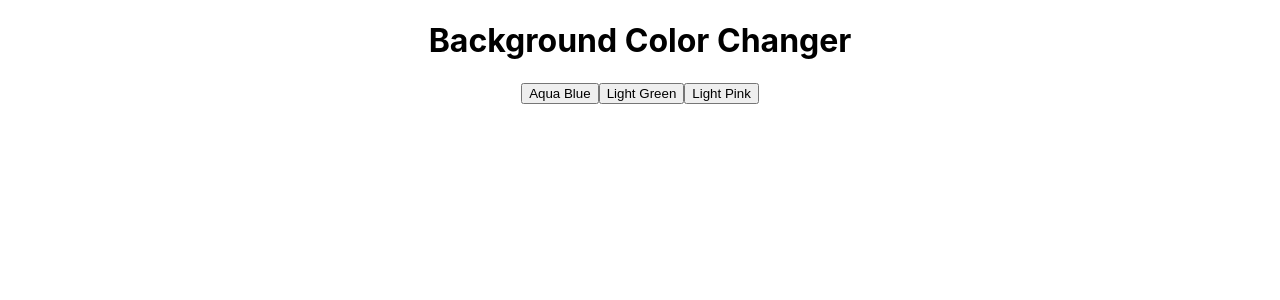
Repository: Jay1161/FSWD
Page: / (app in Week-12/frontend/cookies/)
The author's editor kept a copy of each file at every save. The page is drawn from the files as they stood at one save, then again after the next save.
The browser window is 1280 px wide. The pictures show the whole page.
The project was rebuilt for these pictures with package versions that can differ from the ones it lists, and the page was loaded fresh each time.

Above is the page before, as saved 2023-09-27 18:47:50.

### Week-12/frontend/cookies/src/index.js
import React from 'react';
import ReactDOM from 'react-dom/client';
import './index.css';
import reportWebVitals from './reportWebVitals';
//import App from './App';
import Cookies from './cookies';

const root = ReactDOM.createRoot(document.getElementById('root'));
root.render(
  <React.StrictMode>
    <Cookies />
  </React.StrictMode>
);

// If you want to start measuring performance in your app, pass a function
// to log results (for example: reportWebVitals(console.log))
// or send to an analytics endpoint. Learn more: https://bit.ly/CRA-vitals
reportWebVitals();

### Week-12/frontend/cookies/src/cookies.jsx
import React, { useState, useEffect } from 'react';
import './App.css';

function Cookies() {
  const [backgroundColor, setBackgroundColor] = useState('');

  useEffect(() => {
    // Retrieve the backgroundColor cookie when the component mounts
    const savedBackgroundColor = getCookie('backgroundColor');
    if (savedBackgroundColor) {
      setBackgroundColor(savedBackgroundColor);
    }
  }, []);

  // Function to set the backgroundColor cookie on button click
  const setCookieAndBackgroundColor = (color) => {
    document.body.style.backgroundColor = color;
    document.cookie = `backgroundColor=${color}`;
    setBackgroundColor(color);
  };

  // Function to retrieve a cookie by name
  const getCookie = (name) => {
    const cookies = document.cookie.split(';');
    for (const cookie of cookies) {
      const [cookieName, cookieValue] = cookie.trim().split('=');
      if (cookieName === name) {
        return cookieValue;
      }
    }
    return null;
  };

  return (
    <div className="App">
      <h1>Background Color Changer</h1>
      <button onClick={() => setCookieAndBackgroundColor('#84FFFF')}>Aqua Blue</button>
      <button onClick={() => setCookieAndBackgroundColor('lightgreen')}>Light Green</button>
      <button onClick={() => setCookieAndBackgroundColor('lightpink')}>Light Pink</button>
    </div>
  );
}

export default Cookies;

Loaded but not shown: Week-12/frontend/cookies/public/index.html (common file); Week-12/frontend/cookies/src/index.css (common file); Week-12/frontend/cookies/src/reportWebVitals.js (common file); Week-12/frontend/cookies/src/App.css (common file)

After the next save:
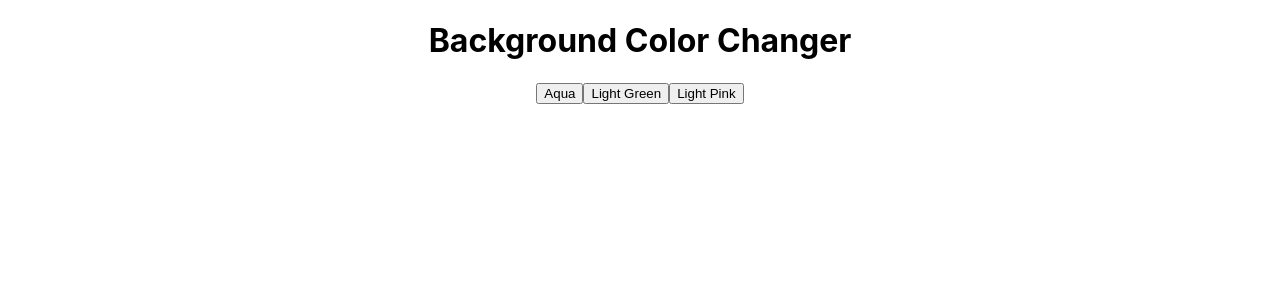
Saved 4 s later.
--- a/Week-12/frontend/cookies/src/cookies.jsx
+++ b/Week-12/frontend/cookies/src/cookies.jsx
@@ -34,7 +34,7 @@ function Cookies() {
   return (
     <div className="App">
       <h1>Background Color Changer</h1>
-      <button onClick={() => setCookieAndBackgroundColor('#84FFFF')}>Aqua Blue</button>
+      <button onClick={() => setCookieAndBackgroundColor('#84FFFF')}>Aqua</button>
       <button onClick={() => setCookieAndBackgroundColor('lightgreen')}>Light Green</button>
       <button onClick={() => setCookieAndBackgroundColor('lightpink')}>Light Pink</button>
     </div>
